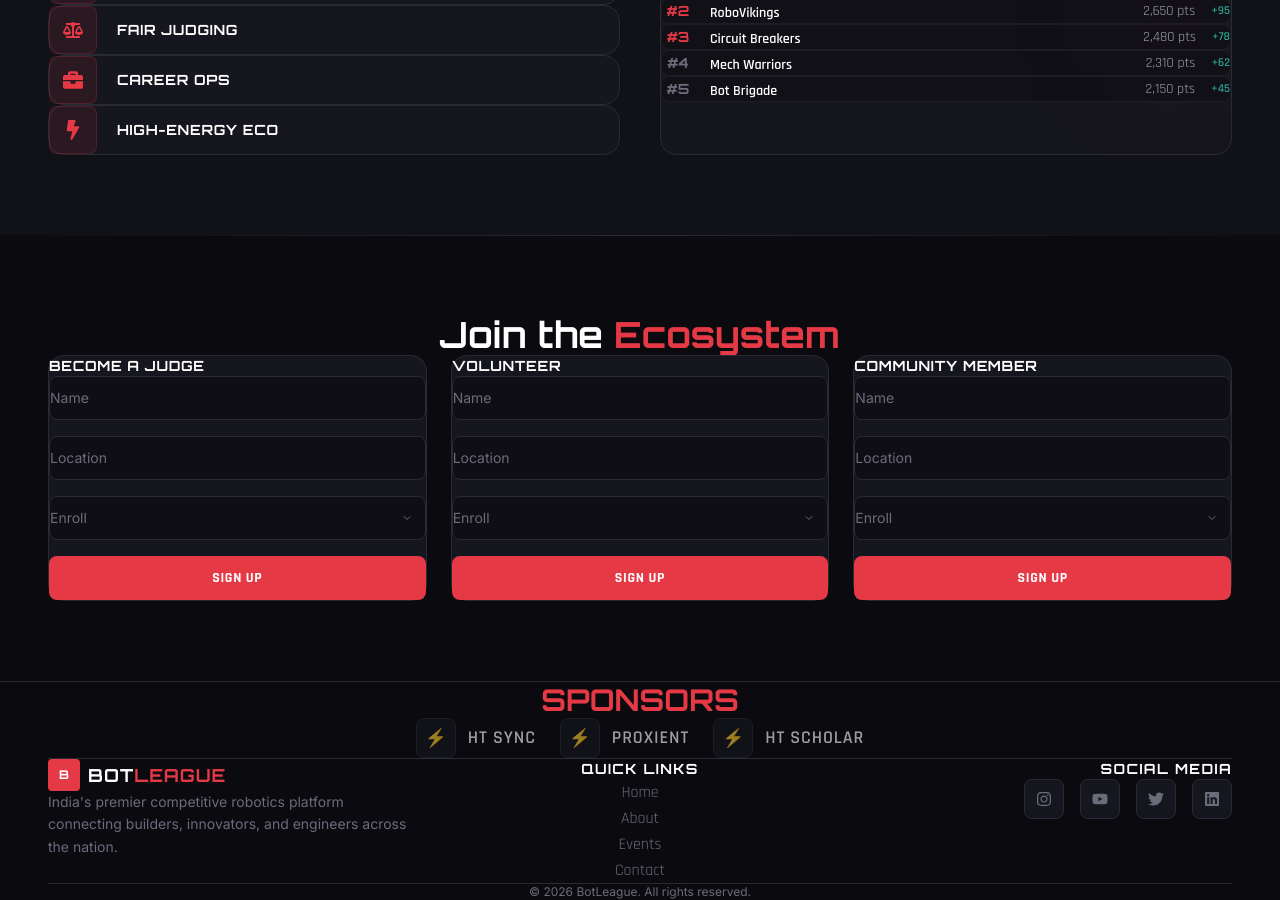
Repository: Debkumar04/botmakers-ai-shopping-assistant
Page: /
These files come from the project's save history. The page is drawn as it stood at one moment and after the next save; the edit follows.
The browser window is 1280 px wide. The pictures show the part of the page from y = 2994 to 3946 px (the page is 3894 px tall before and 3946 px after).
The project was rebuilt for these pictures with package versions that can differ from the ones it lists, and the page was loaded fresh each time. Also part of the build but not shown: vite.config.ts.

Above is the page before, as saved 2026-07-24 09:24:05.

After the next save:
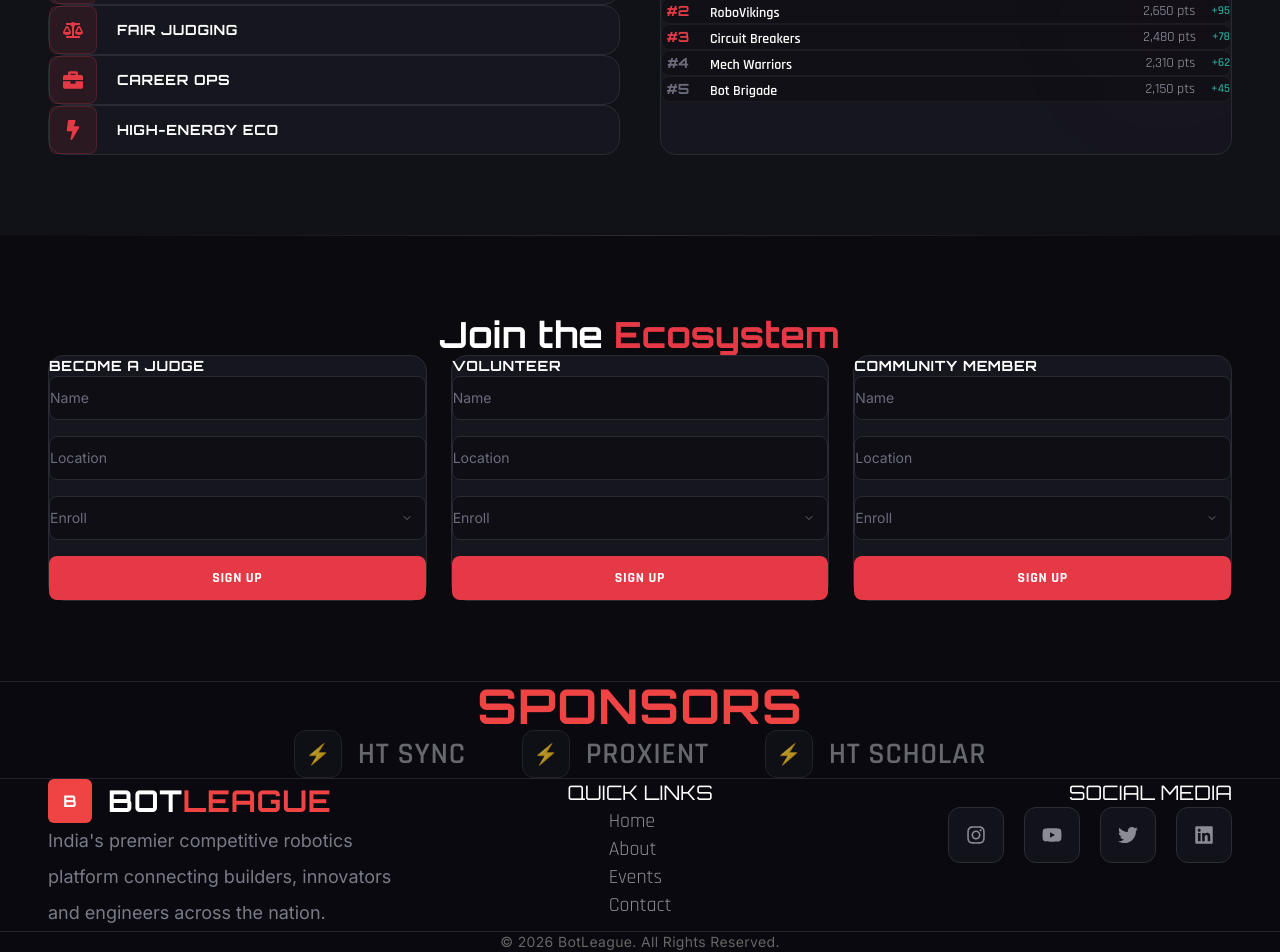
Saved 2 min 5 s later.
--- a/src/components/layout/Footer.tsx
+++ b/src/components/layout/Footer.tsx
@@ -10,84 +10,108 @@ const socialIcons: Record<string, React.ReactNode> = {
 
 export default function Footer() {
   return (
-    <footer className="bg-[#0a0a0f] border-t border-[#2a2a35]">
-      <div className="page-container">
-        <div className="pt-[64px] pb-12 border-b border-[#2a2a35] text-center">
-          <h2 className="font-[Orbitron] text-2xl md:text-3xl font-bold text-white mb-2">
-            <span className="text-[#e63946]">SPONSORS</span>
-          </h2>
-          <div className="flex flex-wrap items-center justify-center gap-[24px] mt-8">
-            {SPONSORS.map((sponsor) => (
-              <div
-                key={sponsor.name}
-                className="flex items-center gap-3 opacity-60 hover:opacity-100 transition-opacity duration-300"
-              >
-                <div className="w-10 h-10 bg-[#16161e] border border-[#2a2a35] rounded-lg flex items-center justify-center">
-                  <span className="text-[#e63946] text-lg">⚡</span>
-                </div>
-                <span className="font-[Rajdhani] text-white text-lg font-semibold tracking-wider">
-                  {sponsor.logo}
-                </span>
+    <footer className="bg-[#09090F] border-t border-[#23232d]">
+      {/* Sponsors */}
+      <div className="page-container pt-20">
+        <h2 className="font-[Orbitron] text-center text-5xl font-bold uppercase tracking-wide">
+          <span className="text-[#ef4444]">Sponsors</span>
+        </h2>
+
+        <div className="mt-10 flex flex-wrap justify-center items-center gap-14">
+          {SPONSORS.map((sponsor) => (
+            <div
+              key={sponsor.name}
+              className="flex items-center gap-4 opacity-70 hover:opacity-100 transition duration-300"
+            >
+              <div className="w-12 h-12 rounded-xl border border-[#2d2d36] bg-[#12121a] flex items-center justify-center">
+                <span className="text-[#ef4444] text-xl">⚡</span>
               </div>
-            ))}
-          </div>
-        </div>
 
-        <div className="pt-[64px] pb-[40px] grid grid-cols-1 md:grid-cols-3 gap-10">
-          <div className="flex flex-col items-center md:items-start text-center md:text-left">
-            <div className="flex items-center gap-2 mb-6">
-              <div className="w-8 h-8 bg-[#e63946] rounded-sm flex items-center justify-center">
-                <span className="font-[Orbitron] text-white text-xs font-bold">B</span>
-              </div>
-              <span className="font-[Orbitron] text-white text-lg font-bold tracking-wider">
-                BOT<span className="text-[#e63946]">LEAGUE</span>
+              <span className="font-[Rajdhani] text-3xl font-semibold text-[#8f8f98] uppercase tracking-wide">
+                {sponsor.logo}
               </span>
             </div>
-            <p className="font-[Inter] text-[#6b6b7b] text-sm leading-relaxed">
-              India&apos;s premier competitive robotics platform connecting builders,
-              innovators, and engineers across the nation.
+          ))}
+        </div>
+      </div>
+
+      {/* Divider */}
+
+      <div className="mt-16 border-t border-[#23232d]" />
+
+      {/* Footer */}
+
+      <div className="page-container py-16">
+        <div className="grid lg:grid-cols-3 gap-12 items-start">
+          {/* Left */}
+
+          <div>
+            <div className="flex items-center gap-4 mb-8">
+              <div className="w-11 h-11 rounded-md bg-[#ef4444] flex items-center justify-center">
+                <span className="font-[Orbitron] text-white font-bold">B</span>
+              </div>
+
+              <h2 className="font-[Orbitron] text-3xl font-bold tracking-wide">
+                <span className="text-white">BOT</span>
+                <span className="text-[#ef4444]">LEAGUE</span>
+              </h2>
+            </div>
+
+            <p className="max-w-[360px] text-[#7b7b88] text-lg leading-9">
+              India's premier competitive robotics platform connecting builders,
+              innovators and engineers across the nation.
             </p>
           </div>
 
-          <div className="flex flex-col items-center md:items-center text-center">
-            <h3 className="font-[Orbitron] text-sm font-bold text-white uppercase tracking-widest mb-6">
+          {/* Center */}
+
+          <div className="flex flex-col items-center">
+            <h3 className="font-[Orbitron] text-white uppercase text-xl mb-8">
               Quick Links
             </h3>
-            <ul className="space-y-3">
-              {FOOTER_LINKS.quickLinks.map((link) => (
-                <li key={link.label}>
+
+            <ul className="space-y-5">
+              {FOOTER_LINKS.quickLinks.map((item) => (
+                <li key={item.label}>
                   <a
-                    href={link.href}
-                    className="font-[Rajdhani] text-[#6b6b7b] text-base hover:text-[#e63946] transition-colors duration-200"
+                    href={item.href}
+                    className="text-[#8b8b95] text-xl font-[Rajdhani] hover:text-[#ef4444] transition"
                   >
-                    {link.label}
+                    {item.label}
                   </a>
                 </li>
               ))}
             </ul>
           </div>
 
-          <div className="flex flex-col items-center md:items-end text-center md:text-right">
-            <h3 className="font-[Orbitron] text-sm font-bold text-white uppercase tracking-widest mb-6">
+          {/* Right */}
+
+          <div className="flex flex-col items-end">
+            <h3 className="font-[Orbitron] text-white uppercase text-xl mb-8">
               Social Media
             </h3>
-            <div className="flex gap-[16px] justify-center md:justify-end">
-              {FOOTER_LINKS.socialMedia.map((link) => (
+
+            <div className="flex gap-5">
+              {FOOTER_LINKS.socialMedia.map((item) => (
                 <a
-                  key={link.label}
-                  href={link.href}
-                  className="w-10 h-10 bg-[#16161e] border border-[#2a2a35] rounded-lg flex items-center justify-center text-[#6b6b7b] hover:text-[#e63946] hover:border-[#e63946] transition-all duration-200"
+                  key={item.label}
+                  href={item.href}
+                  className="w-14 h-14 rounded-xl border border-[#2d2d36] bg-[#12121a] flex items-center justify-center text-[#8b8b95] text-xl hover:border-[#ef4444] hover:text-[#ef4444] transition-all duration-300"
                 >
-                  {socialIcons[link.label]}
+                  {socialIcons[item.label]}
                 </a>
               ))}
             </div>
           </div>
         </div>
+      </div>
 
-        <div className="py-6 border-t border-[#2a2a35] text-center">
-          <p className="font-[Inter] text-[#6b6b7b] text-xs">
-            © 2026 BotLeague. All rights reserved.
+      {/* Copyright */}
+
+      <div className="border-t border-[#23232d]">
+        <div className="page-container py-6 text-center">
+          <p className="text-[#666] text-sm tracking-wide">
+            © 2026 BotLeague. All Rights Reserved.
           </p>
         </div>
       </div>
